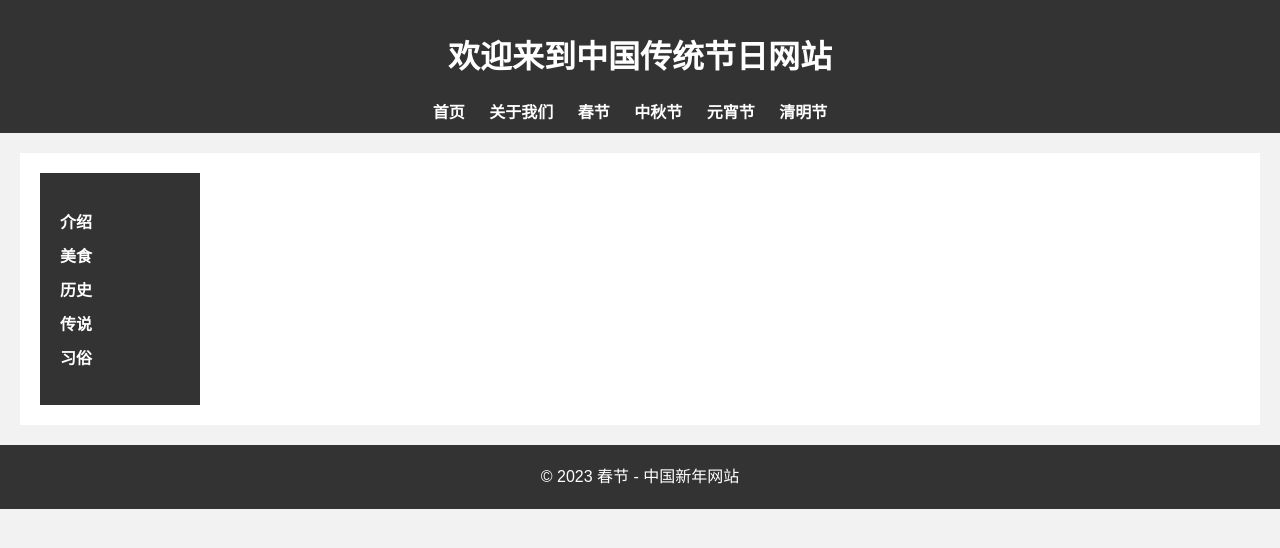
Repository: XueJie1/computer-operation-basics
Page: pages/lanternfes/lanternfestival.html
The author's editor kept a copy of each file at every save. The page is drawn from the files as they stood at one save, then again after the next save.
The browser window is 1280 px wide. The pictures show the whole page.

Above is the page before, as saved 2023-09-02 22:16:37.

After the next save:
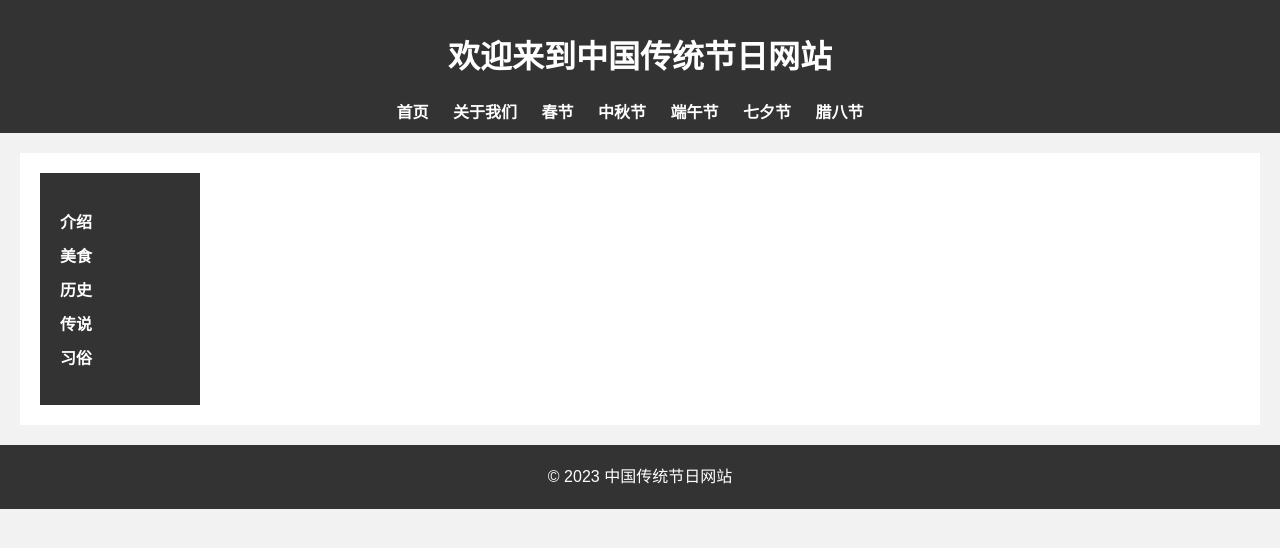
Saved 46 s later.
--- a/pages/lanternfes/lanternfestival.html
+++ b/pages/lanternfes/lanternfestival.html
@@ -4,10 +4,9 @@
 <head>
     <meta charset="UTF-8">
     <meta name="viewport" content="width=device-width, initial-scale=1.0">
-    <title>春节 - 中国新年</title>
-    <link rel="stylesheet" type="text/css" href="../../css/styles.css" />
+    <title> - 中国传统节日</title>
+    <link rel="stylesheet" type="text/css" href="../../css/styles.css">
     <script src="https://cdn.bootcdn.net/ajax/libs/jquery/3.6.4/jquery.js"></script>
-    <script src="../../js/main.js"></script>
 </head>
 
 <body>
@@ -16,11 +15,12 @@
         <nav>
             <ul>
                 <li><a href="../../index.html">首页</a></li>
-                <li><a href="../about.html">关于我们</a></li>
+                <li><a href="../../about.html">关于我们</a></li>
                 <li><a href="../springfes/springfestival.html">春节</a></li>
                 <li><a href="../midautumn/midautumnfestival.html">中秋节</a></li>
-                <li><a href="../lanternfes/lanternfestival.html">元宵节</a></li>
-                <li><a href="../lanternfes/lanternfestival.html">清明节</a></li>
+                <li><a href="../dragonboatfes/dragonboatfestival.html">端午节</a></li>
+                <li><a href="../qixifes/qixifestival.html">七夕节</a></li>
+                <li><a href="../labafes/labafestival.html">腊八节</a></li>
             </ul>
         </nav>
     </div>
@@ -49,34 +49,33 @@
 
             <!-- 历史 -->
             <section id="history" style="display: none;">
-                <h2>历史</h2>
-                <p>春节的历史可以追溯到数千年前，它与农历和农耕社会的传统有关。了解春节的历史背景和发展。</p>
+                <div id="history"></div>
             </section>
 
             <!-- 传说 -->
             <section id="legend" style="display: none;">
-                <h2>传说</h2>
-                <p>春节有许多与之相关的传说，包括年兽的故事、关于赛龙舟的传说等。这些传说丰富了节日的文化内涵。</p>
+                <div id="legend"></div>
             </section>
 
             <!-- 习俗 -->
             <section id="customs" style="display: none;">
-                <h2>习俗</h2>
-                <p>春节有许多独特的习俗，如贴春联、舞龙舞狮、赏花灯、给红包等。这些习俗代代传承，为节日增添了色彩。</p>
+                <div id="customs"></div>
             </section>
+        </div>
     </main>
-    </div>
 
     <div class="footer">
-        <!-- 在这里包含网站的页脚部分，如版权信息等 -->
-        <p>&copy; 2023 春节 - 中国新年网站</p>
+        <p>&copy; 2023 中国传统节日网站</p>
     </div>
 
     <script>
         $("#introduction").load("introduction.html");
         $("#cuisine").load("cuisine.html");
+        $("#history").load("history.html");
+        $("#legend").load("legend.html");
+        $("#customs").load("customs.html");
     </script>
-    <!-- <script>
+    <script>
         $(document).ready(function () {
             // 为侧边栏链接绑定点击事件
             $('.sidebar a').on('click', function (e) {
@@ -92,7 +91,7 @@
                 $(target).show();
             });
         });
-    </script> -->
+    </script>
 </body>
 
 </html>
